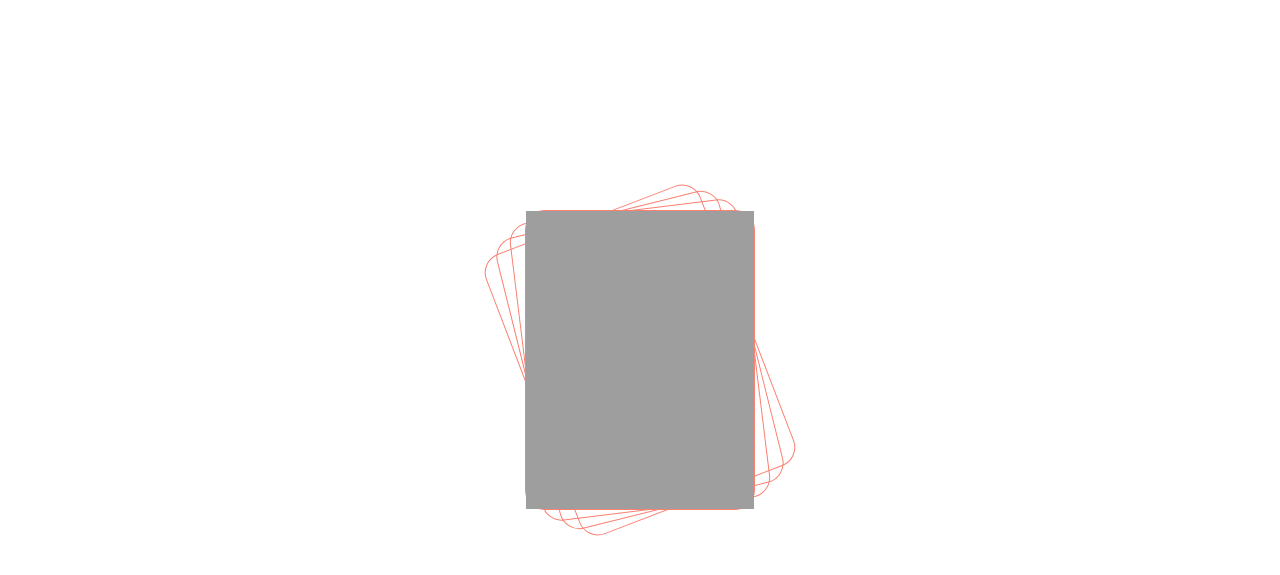
Repository: Chiranshukapil/html_css
Page: cards/index.html
These files come from the project's save history. The page is drawn as it stood at one moment and after the next save; the edit follows.
The browser window is 1280 px wide. The pictures show the whole page.
Pictures or frames that could not be fetched are drawn as grey boxes.

Above is the page before, as saved 2024-06-09 00:25:59.

### cards/index.html
<!DOCTYPE html>
<html lang="en">
    <head>
        <meta charset="UTF-8">
        <meta name="viewport" content="width=device-width, initial-scale=1.0">
        <title>Pokemon Cards</title>
        <link rel="stylesheet" href="style.css">
    </head>
    <body>
        <div id="main">

            <div id="card1" class="card">
                <img src="https://images.unsplash.com/photo-1613771404721-1f92d799e49f?w=500&auto=format&fit=crop&q=60&ixlib=rb-4.0.3&ixid=M3wxMjA3fDB8MHxzZWFyY2h8M3x8cG9rZWJhbGx8ZW58MHx8MHx8fDA%3D">
            </div>
            <div id="card2" class="card"></div>
            <div id="card3" class="card"></div>
            <div id="card4" class="card"></div>

        </div>
    </body>
</html>

### cards/style.css
*{
    margin: 0%;
    padding: 0%;
    box-sizing: border-box;
}

html,body{
    height: 100%;
    width: 100%;

}

#main{
    width: 100%;
    height: 100%;
    display: flex;
    align-items: center;
    justify-content: center;
}

.card{
    position: absolute;
    /* top: 50%;
    left: 50%; */
    /* transform: translate(-50%,-50%); */
    height: 300px;
    width: 230px;
    border: 1px solid salmon;
    border-radius: 20px;

}

#card1{
    z-index: 4;
    transform-origin: center;
}
#card2{
    z-index: 3;
    transform-origin: center;
    rotate: -7deg;
}
#card3{
    z-index: 2;
    transform-origin: center;
    rotate: -14deg;
}
#card4{
    transform-origin: center;
    z-index: 1;
    rotate: -21deg;
}

img{
    width: 100%;
    height: 100%;
    object-fit: cover;
    margin
}

After the next save:
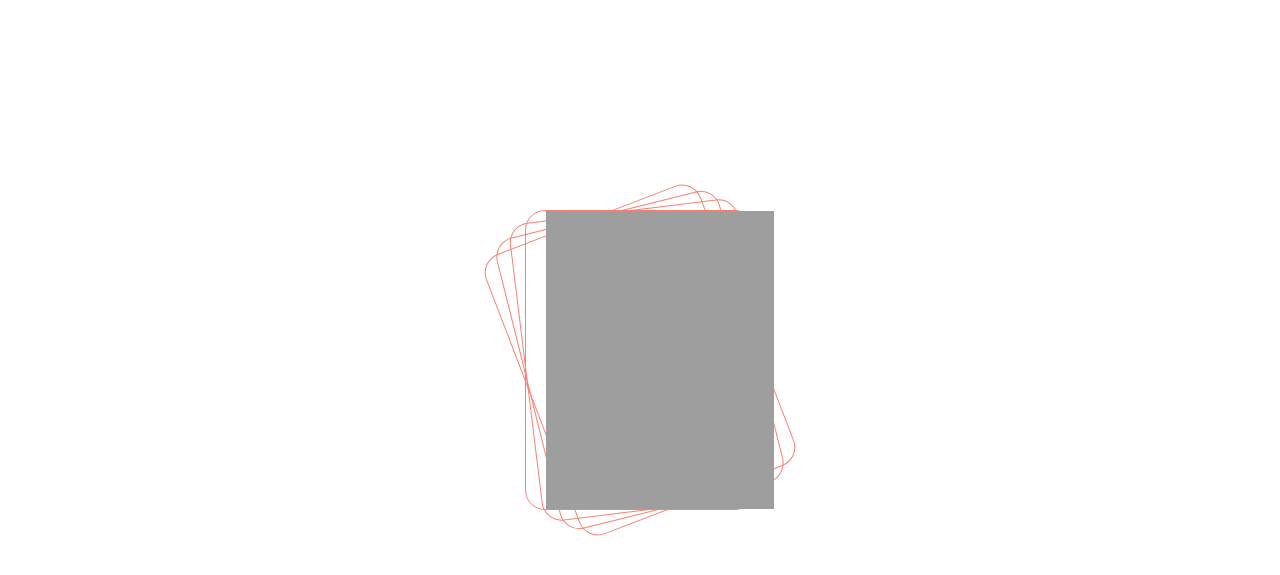
Saved 4 s later.
--- a/cards/style.css
+++ b/cards/style.css
@@ -54,5 +54,5 @@ img{
     width: 100%;
     height: 100%;
     object-fit: cover;
-    margin
+    margin-left: 20px;
 }
